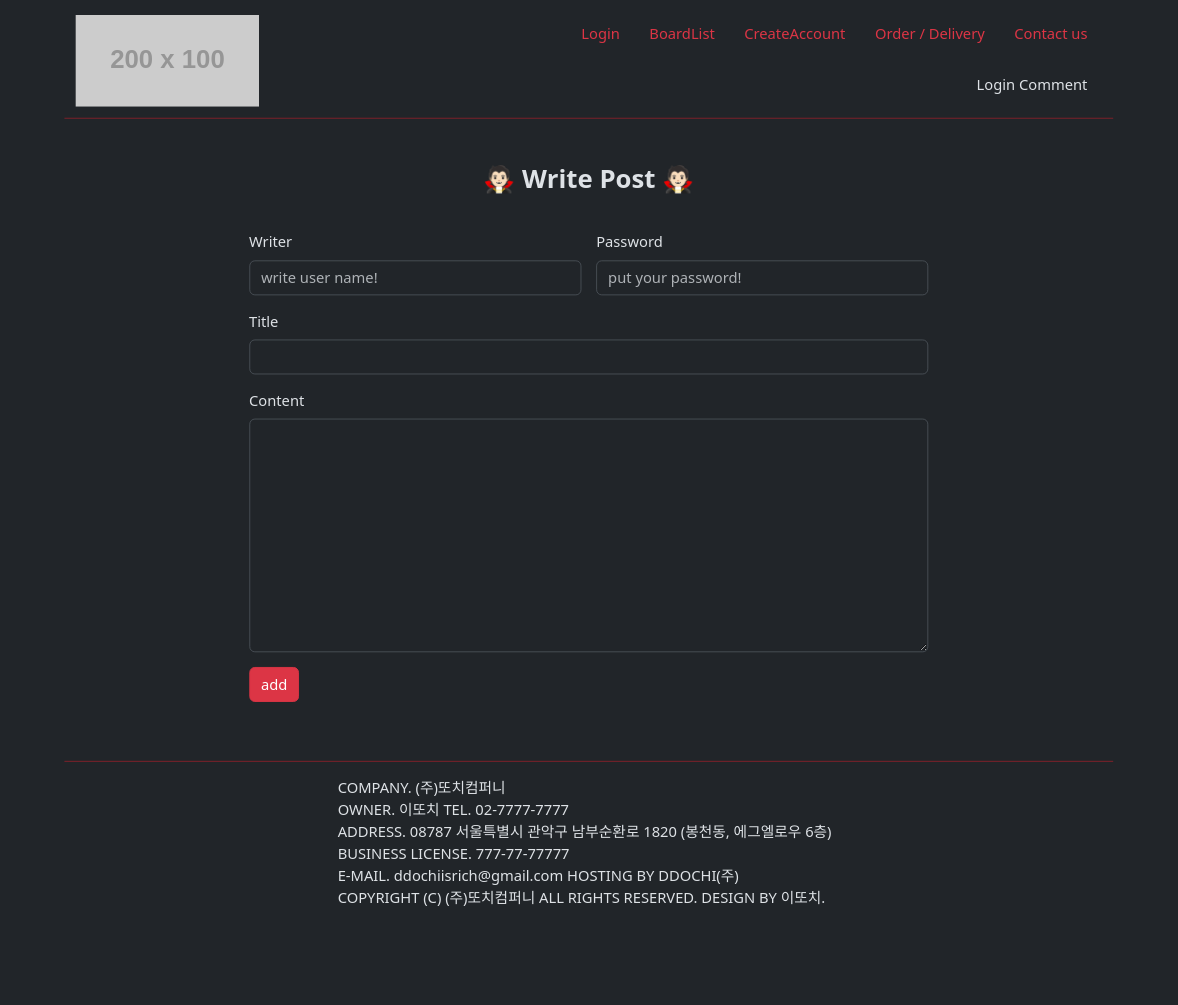
Repository: ddochiisrich/Ddochi-Web
Page: http://localhost/JSPClassCh06/writeForm
These files come from the project's save history. The page is drawn as it stood at one moment and after the next save; the edit follows.
The browser window is 1280 px wide. The pictures show the whole page, at 92% of full size.
The page is served by Tomcat 9.

Above is the page before, as saved 2024-04-11 04:51:34.

After the next save:
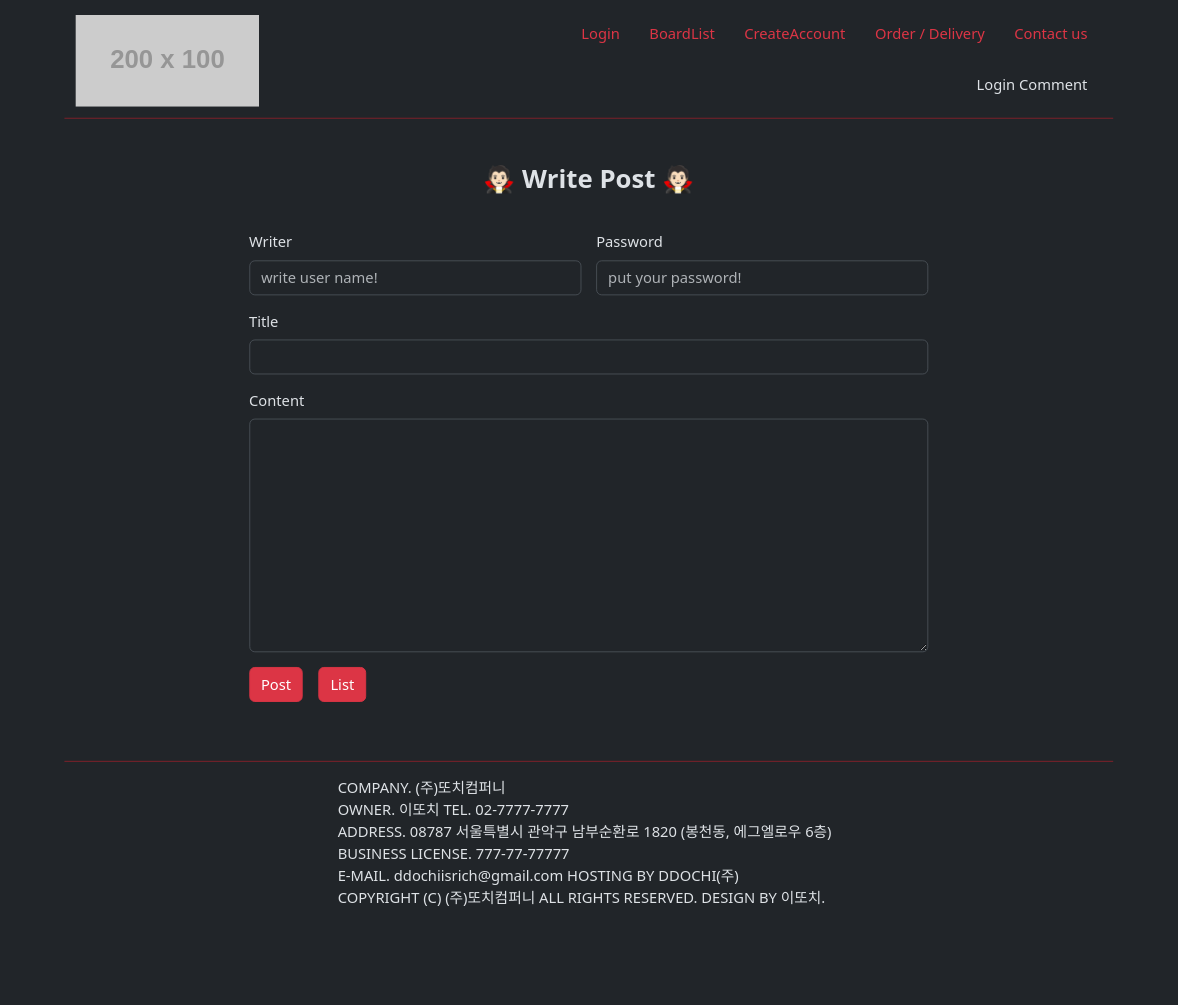
Saved 41 s later.
--- a/JSPClassCh06/src/main/webapp/WEB-INF/board/writeForm.jsp
+++ b/JSPClassCh06/src/main/webapp/WEB-INF/board/writeForm.jsp
@@ -42,7 +42,9 @@
 						<label for="title" class="form-label">Content</label> <textarea class="form-control" id="content" name="content" rows="10"></textarea>
 					</div>
 					<div class="col-8 offset-2">
-						<input type="submit" value="add" class="btn btn-danger">
+						<input type="submit" value="Post" class="btn btn-danger">
+						&nbsp;&nbsp;
+						<input type="button" value="List" class="btn btn-danger">
 					</div>
 				</form>
 
